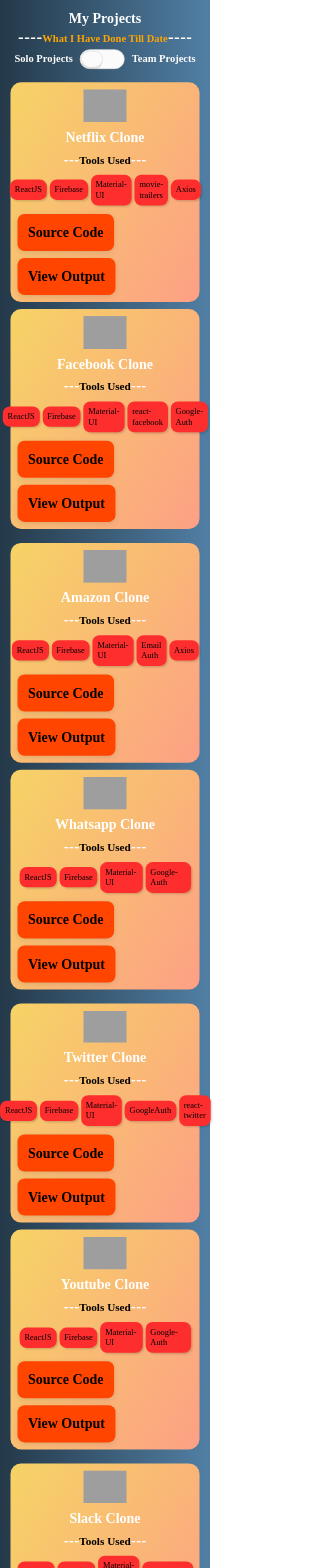
Repository: rgnSayan/my-portfolio-react
Page: /
An editor plug-in stored every save of this project. The page is shown before and after the next save, followed by the edit.
The browser window is 375 px wide. The page is 444 px wide, so the pictures cover 444 px, including what lies to the right of the window. The pictures show the part of the page from y = 831 to 3071 px (the page is 5045 px tall before and 5882 px after), at 70% of full size.
Pictures or frames that could not be fetched are drawn as grey boxes. Some web fonts or font styles are not loaded; a fallback is used. The project was rebuilt for these pictures with package versions that can differ from the ones it lists, and the page was loaded fresh each time. Also part of the build but not shown: src/Components/GroupProjects.css, src/Components/GroupProjects.js. Imported but missing from the stored project, and not drawn on this page: src/document/document.pdf.

Above is the page before, as saved 2021-09-17 01:59:05.

After the next save:
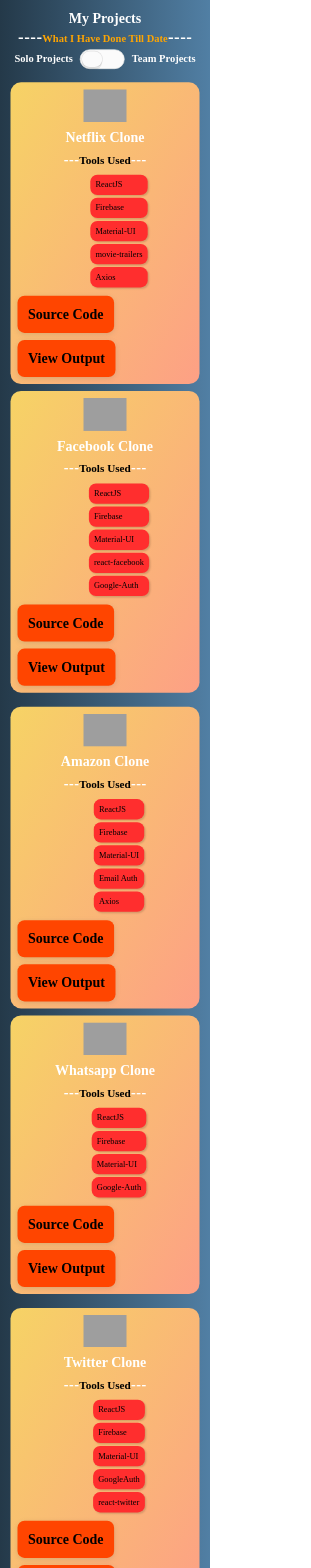
Saved 34 s later.
--- a/src/Components/SoloProjects.css
+++ b/src/Components/SoloProjects.css
@@ -89,6 +89,6 @@
     margin: 2px;
   }
   .soloProjects__card > ul {
-    margin-left: -39px;
+    display: grid;
   }
 }
